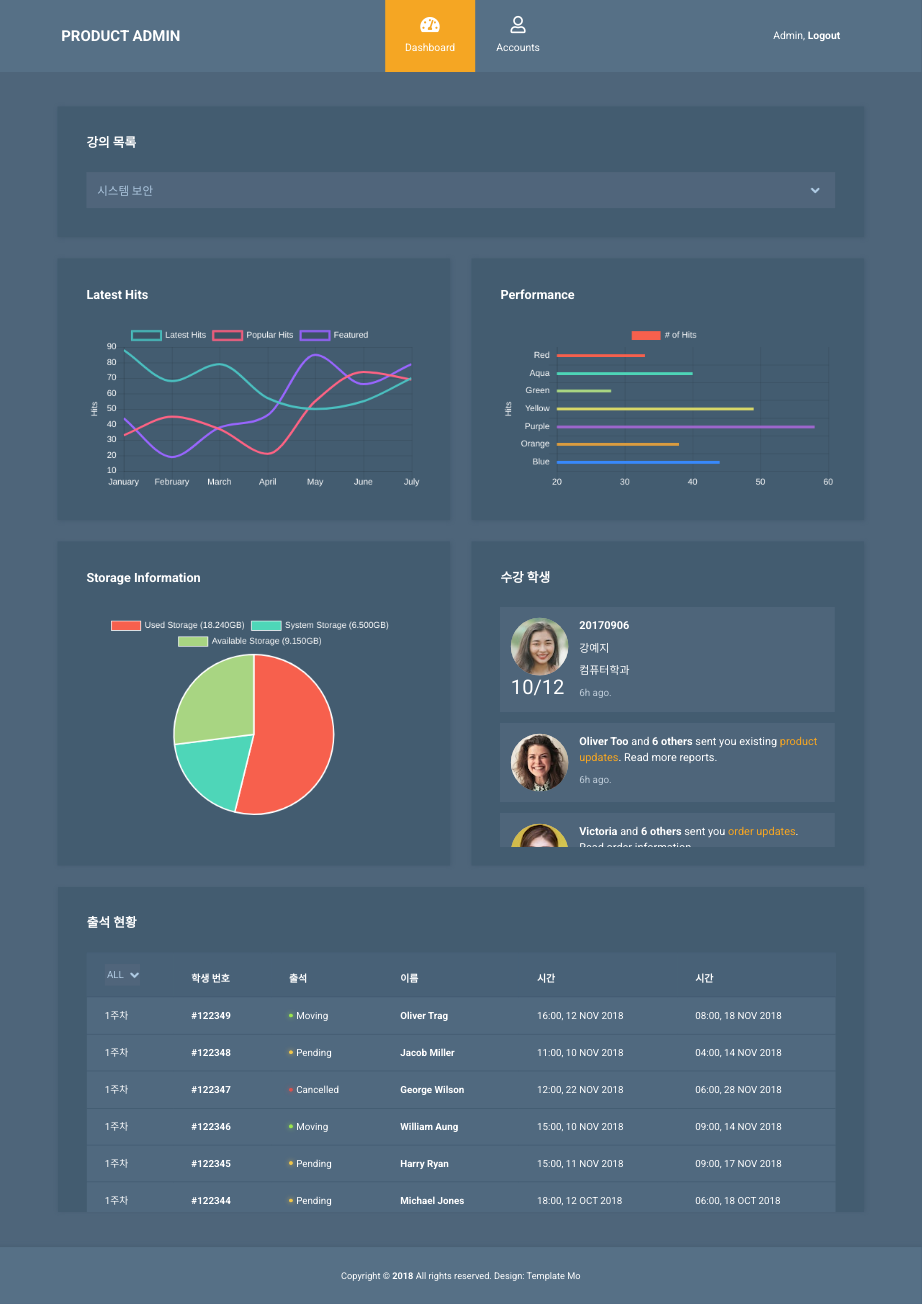
Repository: YJ-S2/2019-FaceAPI
Page: test1-master/web/123/WebContent/web1.html
The author's editor kept a copy of each file at every save. The page is drawn from the files as they stood at one save, then again after the next save.
The browser window is 1280 px wide. The pictures show the whole page, at 72% of full size.
An inner scrolling area shows only its first screen.

Above is the page before, as saved 2019-08-07 06:50:19.

### test1-master/web/123/WebContent/web1.html
<!DOCTYPE html>
<html lang="en">

<head>
    <meta charset="UTF-8">
    <meta name="viewport" content="width=device-width, initial-scale=1.0">
    <meta http-equiv="X-UA-Compatible" content="ie=edge">
    <title>Product Admin - Dashboard HTML Template</title>
    <link rel="stylesheet" href="https://fonts.googleapis.com/css?family=Roboto:400,700">
    <!-- https://fonts.google.com/specimen/Roboto -->
    <link rel="stylesheet" href="css/fontawesome.min.css">
    <!-- https://fontawesome.com/ -->
    <link rel="stylesheet" href="css/bootstrap.min.css">
    <!-- https://getbootstrap.com/ -->
    <link rel="stylesheet" href="css/templatemo-style.css">
    <!--
	Product Admin CSS Template
	https://templatemo.com/tm-524-product-admin
	-->
	<style>
	.custom-select30 {
	  width: 70%;
	  border: none;
	  color: #acc6de;
	  height: 30px;
	  -webkit-appearance: none;
	  -moz-appearance: none;
	  -ms-appearance: none;
	  -o-appearance: none;
	  appearance: none;
	  -webkit-border-radius: 0;
	  -moz-border-radius: 0;
	  -ms-border-radius: 0;
	  -o-border-radius: 0;
	  border-radius: 0;
	  padding: 3px;
	  background: url(../img/arrow-down.png) 98% no-repeat #50657b;
	}
	.left-mj{
		 margin: 0 0 0 auto;
	}
	</style>
</head>

<body id="reportsPage">
    <div class="" id="home">
        <nav class="navbar navbar-expand-xl">
            <div class="container h-100">
                <a class="navbar-brand" href="index.html">
                    <h1 class="tm-site-title mb-0">Product Admin</h1>
                </a>
                <button class="navbar-toggler ml-auto mr-0" type="button" data-toggle="collapse" data-target="#navbarSupportedContent"
                    aria-controls="navbarSupportedContent" aria-expanded="false" aria-label="Toggle navigation">
                    <i class="fas fa-bars tm-nav-icon"></i>
                </button>

                <div class="collapse navbar-collapse" id="navbarSupportedContent">
                    <ul class="navbar-nav mx-auto h-100">
                        <li class="nav-item">
                            <a class="nav-link active" href="#">
                                <i class="fas fa-tachometer-alt"></i>
                                Dashboard
                                <span class="sr-only">(current)</span>
                            </a>
                        </li>

                        <li class="nav-item">
                            <a class="nav-link" href="http://localhost:9089/123/accounts.html">
                                <i class="far fa-user"></i>
                                Accounts
                            </a>
                        </li>
                    </ul>
                    <ul class="navbar-nav">
                        <li class="nav-item">
                            <a class="nav-link d-block" href="login.html">
                                Admin, <b>Logout</b>
                            </a>
                        </li>
                    </ul>
                </div>
            </div>

        </nav>
        <div class="container mt-5">
            <div class="row tm-content-row">
		          <div class="col-12 tm-block-col">
		            <div class="tm-bg-primary-dark tm-block tm-block-h-auto">
		              <h2 class="tm-block-title">강의 목록</h2>
		              <select class="custom-select">
		                <option value="0">시스템 보안</option>
		                <option value="1">모바일 소프트웨어</option>
		                <option value="2">시스템 프로그래밍</option>
		                <option value="3">데이터베이스 개론</option>
		                <option value="4">컴퓨터 구조</option>
		              </select>
		            </div>
		          </div>
		        </div>
            <!-- row -->
            <div class="row tm-content-row">

                <div class="col-sm-12 col-md-12 col-lg-6 col-xl-6 tm-block-col">
                    <div class="tm-bg-primary-dark tm-block">
                        <h2 class="tm-block-title">Latest Hits</h2>
                        <canvas id="lineChart"></canvas>
                    </div>
                </div>
                <div class="col-sm-12 col-md-12 col-lg-6 col-xl-6 tm-block-col">
                    <div class="tm-bg-primary-dark tm-block">
                        <h2 class="tm-block-title">Performance</h2>
                        <canvas id="barChart"></canvas>
                    </div>
                </div>

                <div class="col-sm-12 col-md-12 col-lg-6 col-xl-6 tm-block-col">
                    <div class="tm-bg-primary-dark tm-block tm-block-taller">
                        <h2 class="tm-block-title">Storage Information</h2>
                        <div id="pieChartContainer">
                            <canvas id="pieChart" class="chartjs-render-monitor" width="200" height="200"></canvas>
                        </div>
                    </div>
                </div>
                <div class="col-sm-12 col-md-12 col-lg-6 col-xl-6 tm-block-col">
                    <div class="tm-bg-primary-dark tm-block tm-block-taller tm-block-overflow">
                        <h2 class="tm-block-title">수강 학생</h2>
                        <div class="tm-notification-items">
                            <div class="media tm-notification-item">
                                <div class="tm-gray-circle"><img src="img/notification-01.jpg" alt="Avatar Image" class="rounded-circle">
                                <h3>10/12</h3></div>
                                <div class="">
	                                <div class="media-body">
	                                	<p class="mb-2"><b>20170906</b></p>
	                                    <p class="mb-2">강예지</p>
	                                    <p class="mb-2">컴퓨터학과</p>
	                                    <span class="tm-small tm-text-color-secondary">6h ago.</span>
	                                </div>

	                            </div>
                            </div>
                            <div class="media tm-notification-item">
                                <div class="tm-gray-circle"><img src="img/notification-02.jpg" alt="Avatar Image" class="rounded-circle"></div>
                                <div class="media-body">
                                    <p class="mb-2"><b>Oliver Too</b> and <b>6 others</b> sent you existing <a href="#"
                                            class="tm-notification-link">product updates</a>. Read more reports.</p>
                                    <span class="tm-small tm-text-color-secondary">6h ago.</span>
                                </div>
                            </div>
                            <div class="media tm-notification-item">
                                <div class="tm-gray-circle"><img src="img/notification-03.jpg" alt="Avatar Image" class="rounded-circle"></div>
                                <div class="media-body">
                                    <p class="mb-2"><b>Victoria</b> and <b>6 others</b> sent you <a href="#"
                                            class="tm-notification-link">order updates</a>. Read order information.</p>
                                    <span class="tm-small tm-text-color-secondary">6h ago.</span>
                                </div>
                            </div>
                            <div class="media tm-notification-item">
                                <div class="tm-gray-circle"><img src="img/notification-01.jpg" alt="Avatar Image" class="rounded-circle"></div>
                                <div class="media-body">
                                    <p class="mb-2"><b>Laura Cute</b> and <b>6 others</b> sent you <a href="#"
                                            class="tm-notification-link">product records</a>.</p>
                                    <span class="tm-small tm-text-color-secondary">6h ago.</span>
                                </div>
                            </div>
                            <div class="media tm-notification-item">
                                <div class="tm-gray-circle"><img src="img/notification-02.jpg" alt="Avatar Image" class="rounded-circle"></div>
                                <div class="media-body">
                                    <p class="mb-2"><b>Samantha</b> and <b>6 others</b> sent you <a href="#"
                                            class="tm-notification-link">order stuffs</a>.</p>
                                    <span class="tm-small tm-text-color-secondary">6h ago.</span>
                                </div>
                            </div>
                            <div class="media tm-notification-item">
                                <div class="tm-gray-circle"><img src="img/notification-03.jpg" alt="Avatar Image" class="rounded-circle"></div>
                                <div class="media-body">
                                    <p class="mb-2"><b>Sophie</b> and <b>6 others</b> sent you <a href="#"
                                            class="tm-notification-link">product updates</a>.</p>
                                    <span class="tm-small tm-text-color-secondary">6h ago.</span>
                                </div>
                            </div>
                            <div class="media tm-notification-item">
                                <div class="tm-gray-circle"><img src="img/notification-01.jpg" alt="Avatar Image" class="rounded-circle"></div>
                                <div class="media-body">
                                    <p class="mb-2"><b>Lily A</b> and <b>6 others</b> sent you <a href="#"
                                            class="tm-notification-link">product updates</a>.</p>
                                    <span class="tm-small tm-text-color-secondary">6h ago.</span>
                                </div>
                            </div>
                            <div class="media tm-notification-item">
                                <div class="tm-gray-circle"><img src="img/notification-02.jpg" alt="Avatar Image" class="rounded-circle"></div>
                                <div class="media-body">
                                    <p class="mb-2"><b>Amara</b> and <b>6 others</b> sent you <a href="#"
                                            class="tm-notification-link">product updates</a>.</p>
                                    <span class="tm-small tm-text-color-secondary">6h ago.</span>
                                </div>
                            </div>
                            <div class="media tm-notification-item">
                                <div class="tm-gray-circle"><img src="img/notification-03.jpg" alt="Avatar Image" class="rounded-circle"></div>
                                <div class="media-body">
                                    <p class="mb-2"><b>Cinthela</b> and <b>6 others</b> sent you <a href="#"
                                            class="tm-notification-link">product updates</a>.</p>
                                    <span class="tm-small tm-text-color-secondary">6h ago.</span>
                                </div>
                            </div>
                        </div>
                    </div>
                </div>
                <div class="col-12 tm-block-col">
                    <div class="tm-bg-primary-dark tm-block tm-block-taller tm-block-scroll">
                    	<h2 class="tm-block-title">출석 현황</h2>



                        <table class="table">
                            <thead>
                                <tr>
                                	<th scope="col">
	                                	<select class="custom-select30">
	                                		<option value="0">ALL</option>
							                <option value="1">1 주차</option>
							                <option value="2">2 주차</option>
							                <option value="3">3 주차</option>
							                <option value="4">4 주차</option>
							           	</select>
							        </th>
                                    <th scope="col">학생 번호</th>
                                    <th scope="col">출석</th>
                                    <th scope="col">이름</th>
                                    <th scope="col">시간</th>
                                    <th scope="col">시간</th>
                                </tr>
                            </thead>
                            <tbody>
                                <tr>
                                	<td>1주차</td>
                                    <th scope="row"><b>#122349</b></th>
                                    <td>
                                        <div class="tm-status-circle moving">
                                        </div>Moving
                                    </td>
                                    <td><b>Oliver Trag</b></td>
                                    <td>16:00, 12 NOV 2018</td>
                                    <td>08:00, 18 NOV 2018</td>
                                </tr>
                                <tr>
                                	<td>1주차</td>
                                    <th scope="row"><b>#122348</b></th>
                                    <td>
                                        <div class="tm-status-circle pending">
                                        </div>Pending
                                    </td>
                                    <td><b>Jacob Miller</b></td>
                                    <td>11:00, 10 NOV 2018</td>
                                    <td>04:00, 14 NOV 2018</td>
                                </tr>
                                <tr>
                                	<td>1주차</td>
                                    <th scope="row"><b>#122347</b></th>
                                    <td>
                                        <div class="tm-status-circle cancelled">
                                        </div>Cancelled
                                    </td>
                                    <td><b>George Wilson</b></td>
                                    <td>12:00, 22 NOV 2018</td>
                                    <td>06:00, 28 NOV 2018</td>
                                </tr>
                                <tr>
                                	<td>1주차</td>
                                    <th scope="row"><b>#122346</b></th>
                                    <td>
                                        <div class="tm-status-circle moving">
                                        </div>Moving
                                    </td>
                                    <td><b>William Aung</b></td>
                                    <td>15:00, 10 NOV 2018</td>
                                    <td>09:00, 14 NOV 2018</td>
                                </tr>
                                <tr>
                                	<td>1주차</td>
                                    <th scope="row"><b>#122345</b></th>
                                    <td>
                                        <div class="tm-status-circle pending">
                                        </div>Pending
                                    </td>
                                    <td><b>Harry Ryan</b></td>
                                    <td>15:00, 11 NOV 2018</td>
                                    <td>09:00, 17 NOV 2018</td>
                                </tr>
                                <tr>
                                	<td>1주차</td>
                                    <th scope="row"><b>#122344</b></th>
                                    <td>
                                        <div class="tm-status-circle pending">
                                        </div>Pending
                                    </td>
                                    <td><b>Michael Jones</b></td>
                                    <td>18:00, 12 OCT 2018</td>
                                    <td>06:00, 18 OCT 2018</td>
                                </tr>
                                <tr>
                                	<td>1주차</td>
                                    <th scope="row"><b>#122343</b></th>
                                    <td>
                                        <div class="tm-status-circle moving">
                                        </div>Moving
                                    </td>
                                    <td><b>Timmy Davis</b></td>
                                    <td>12:00, 10 OCT 2018</td>
                                    <td>08:00, 18 OCT 2018</td>
                                </tr>
                                <tr>
                                	<td>1주차</td>
                                    <th scope="row"><b>#122342</b></th>
                                    <td>
                                        <div class="tm-status-circle moving">
                                        </div>Moving
                                    </td>
                                    <td><b>Oscar Phyo</b></td>
                                    <td>15:30, 06 OCT 2018</td>
                                    <td>09:30, 16 OCT 2018</td>
                                </tr>
                                <tr>
                                	<td>1주차</td>
                                    <th scope="row"><b>#122341</b></th>
                                    <td>
                                        <div class="tm-status-circle moving">
                                        </div>Moving
                                    </td>
                                    <td><b>Charlie Brown</b></td>
                                    <td>11:00, 10 OCT 2018</td>
                                    <td>03:00, 14 OCT 2018</td>
                                </tr>
                                <tr>
                                	<td>1주차</td>
                                    <th scope="row"><b>#122340</b></th>
                                    <td>
                                        <div class="tm-status-circle cancelled">
                                        </div>Cancelled
                                    </td>
                                    <td><b>Wilson Cookies</b></td>
                                    <td>17:30, 12 OCT 2018</td>
                                    <td>08:30, 22 OCT 2018</td>
                                </tr>
                                <tr>
                                	<td>1주차</td>
                                    <th scope="row"><b>#122339</b></th>
                                    <td>
                                        <div class="tm-status-circle moving">
                                        </div>Moving
                                    </td>
                                    <td><b>Richard Clamon</b></td>
                                    <td>15:00, 12 OCT 2018</td>
                                    <td>09:20, 26 OCT 2018</td>
                                </tr>
                            </tbody>
                        </table>
                    </div>
                </div>
            </div>
        </div>
        <footer class="tm-footer row tm-mt-small">
            <div class="col-12 font-weight-light">
                <p class="text-center text-white mb-0 px-4 small">
                    Copyright &copy; <b>2018</b> All rights reserved.

                    Design: <a rel="nofollow noopener" href="https://templatemo.com" class="tm-footer-link">Template Mo</a>
                </p>
            </div>
        </footer>
    </div>

    <script src="js/jquery-3.3.1.min.js"></script>
    <!-- https://jquery.com/download/ -->
    <script src="js/moment.min.js"></script>
    <!-- https://momentjs.com/ -->
    <script src="js/Chart.min.js"></script>
    <!-- http://www.chartjs.org/docs/latest/ -->
    <script src="js/bootstrap.min.js"></script>
    <!-- https://getbootstrap.com/ -->
    <script src="js/tooplate-scripts.js"></script>
    <script>
        Chart.defaults.global.defaultFontColor = 'white';
        let ctxLine,
            ctxBar,
            ctxPie,
            optionsLine,
            optionsBar,
            optionsPie,
            configLine,
            configBar,
            configPie,
            lineChart;
        barChart, pieChart;
        // DOM is ready
        $(function () {
            drawLineChart(); // Line Chart
            drawBarChart(); // Bar Chart
            drawPieChart(); // Pie Chart

            $(window).resize(function () {
                updateLineChart();
                updateBarChart();
            });
        })
    </script>
</body>

</html>

Loaded but not shown: test1-master/web/123/WebContent/css/fontawesome.min.css (library); test1-master/web/123/WebContent/css/bootstrap.min.css (library); test1-master/web/123/WebContent/js/jquery-3.3.1.min.js (library); test1-master/web/123/WebContent/js/moment.min.js (library); test1-master/web/123/WebContent/js/Chart.min.js (library); test1-master/web/123/WebContent/js/bootstrap.min.js (library); test1-master/web/123/WebContent/js/tooplate-scripts.js (common file); test1-master/web/123/WebContent/css/templatemo-style.css (709 lines, source omitted)

After the next save:
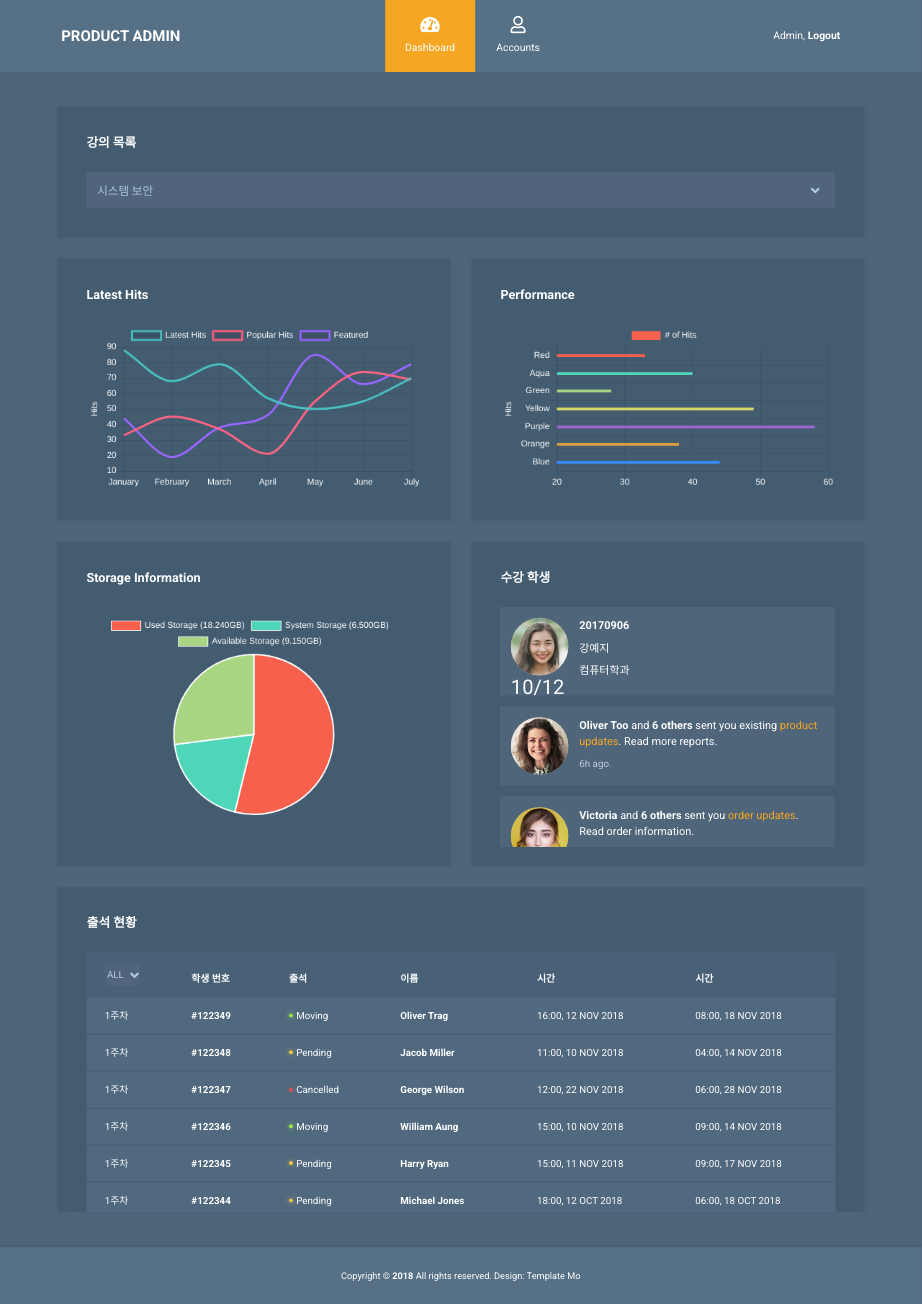
Saved 19 s later.
--- a/test1-master/web/123/WebContent/web1.html
+++ b/test1-master/web/123/WebContent/web1.html
@@ -133,7 +133,6 @@
 	                                	<p class="mb-2"><b>20170906</b></p>
 	                                    <p class="mb-2">강예지</p>
 	                                    <p class="mb-2">컴퓨터학과</p>
-	                                    <span class="tm-small tm-text-color-secondary">6h ago.</span>
 	                                </div>
 
 	                            </div>
